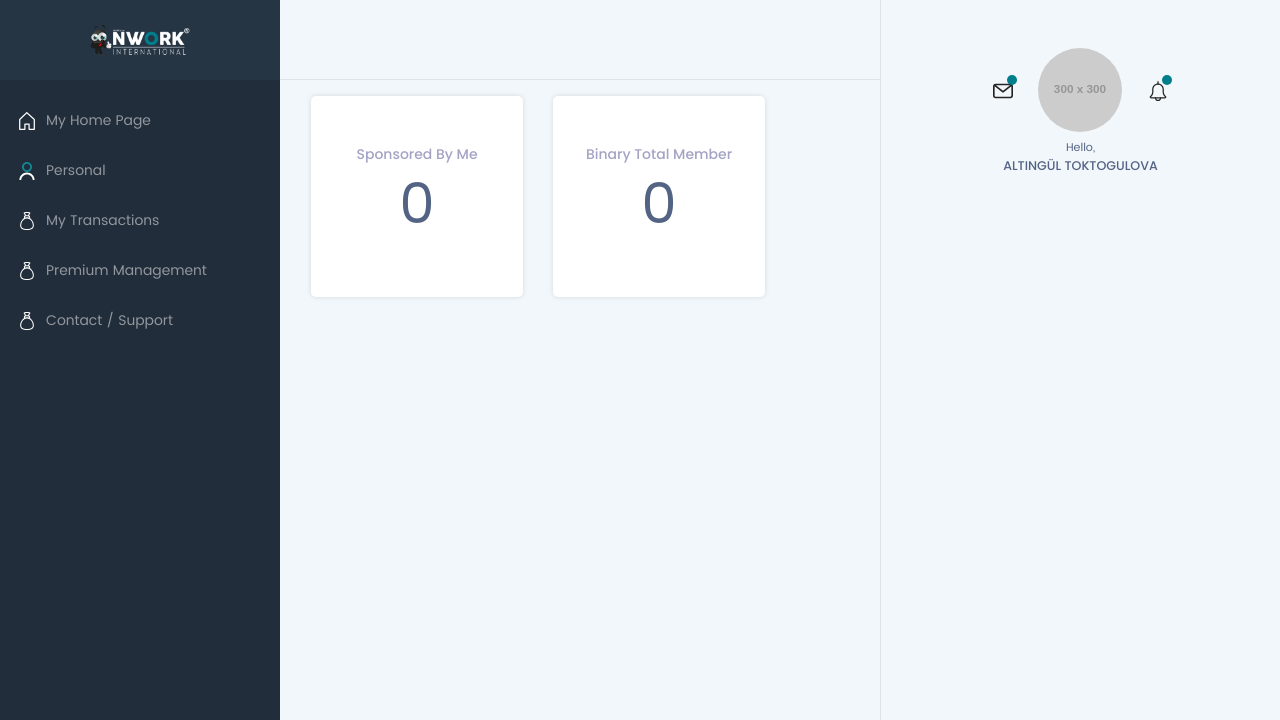
Repository: KayahanKahriman/nwork-admin
Page: index.html
An editor plug-in stored every save of this project. The page is shown before and after the next save, followed by the edit.
The browser window is 1280 px wide. The pictures show the whole page.
Some web fonts or font styles are not loaded; a fallback is used. The style sheet was rebuilt from its Sass, Less or Tailwind sources for each picture, by a compiler version that may differ from the author's.

Above is the page before, as saved 2021-06-09 17:17:37.

After the next save:
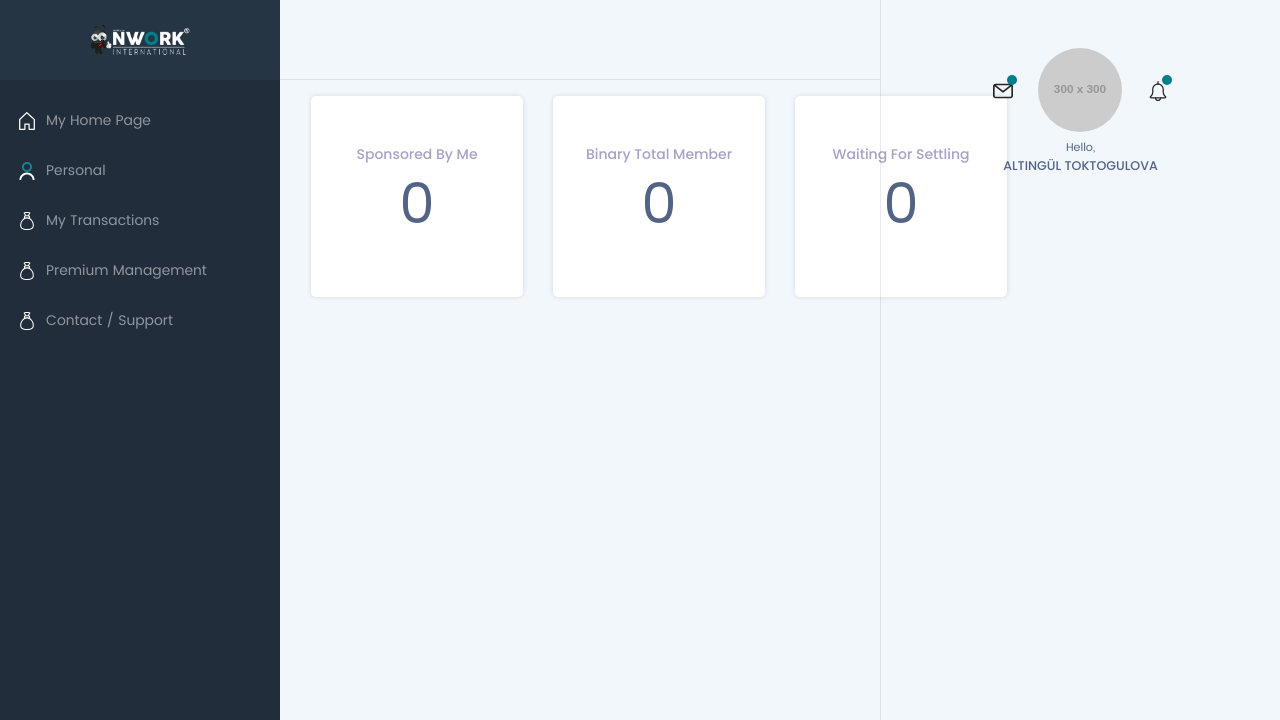
Saved 92 s later.
--- a/index.html
+++ b/index.html
@@ -107,6 +107,12 @@
                         <div class="jumbo-text">0</div>
                     </div>
                 </div>
+                <div class="col-3">
+                    <div class="white-box shadow-box py-5 px-3 text-center">
+                        <strong class="box-title">Waiting for settling</strong>
+                        <div class="jumbo-text">0</div>
+                    </div>
+                </div>
             </div>
         </div>
     </main>
